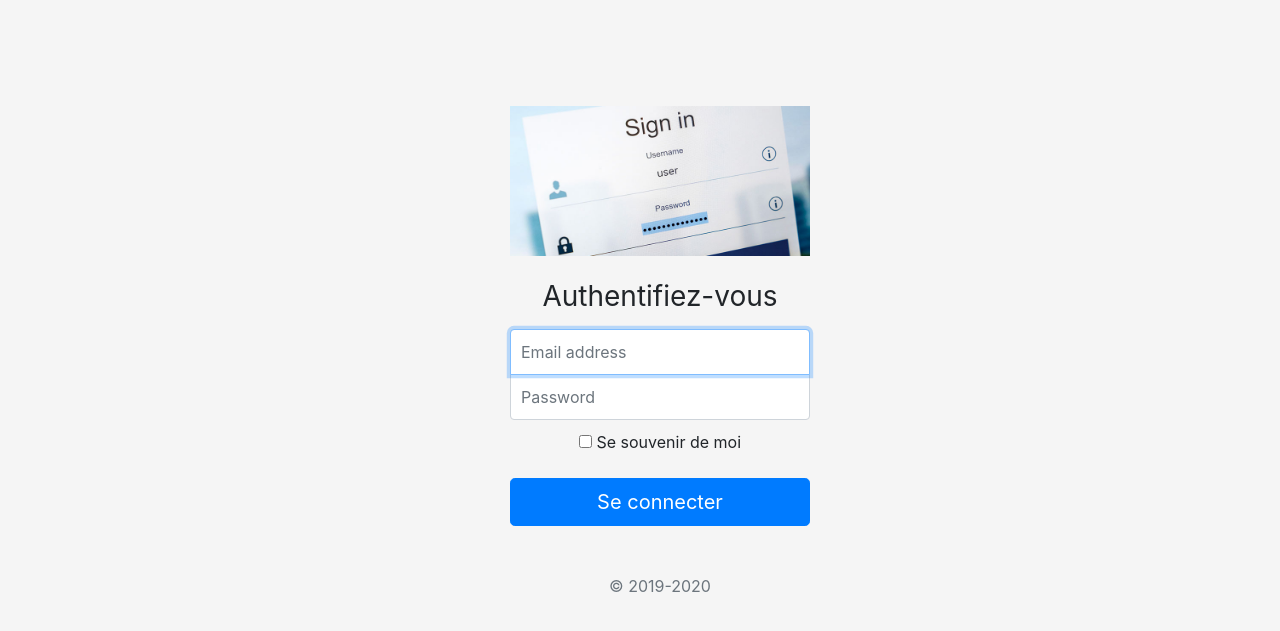
Repository: liiiseee/Projet
Page: http://localhost/01_gestion_clients_jsp_servlet_mysql/
The author's editor kept a copy of each file at every save. The page is drawn from the files as they stood at one save, then again after the next save.
The browser window is 1280 px wide. The pictures show the whole page.
The page is served by Tomcat 9.

Above is the page before, as saved 2020-03-27 09:57:37.

After the next save:
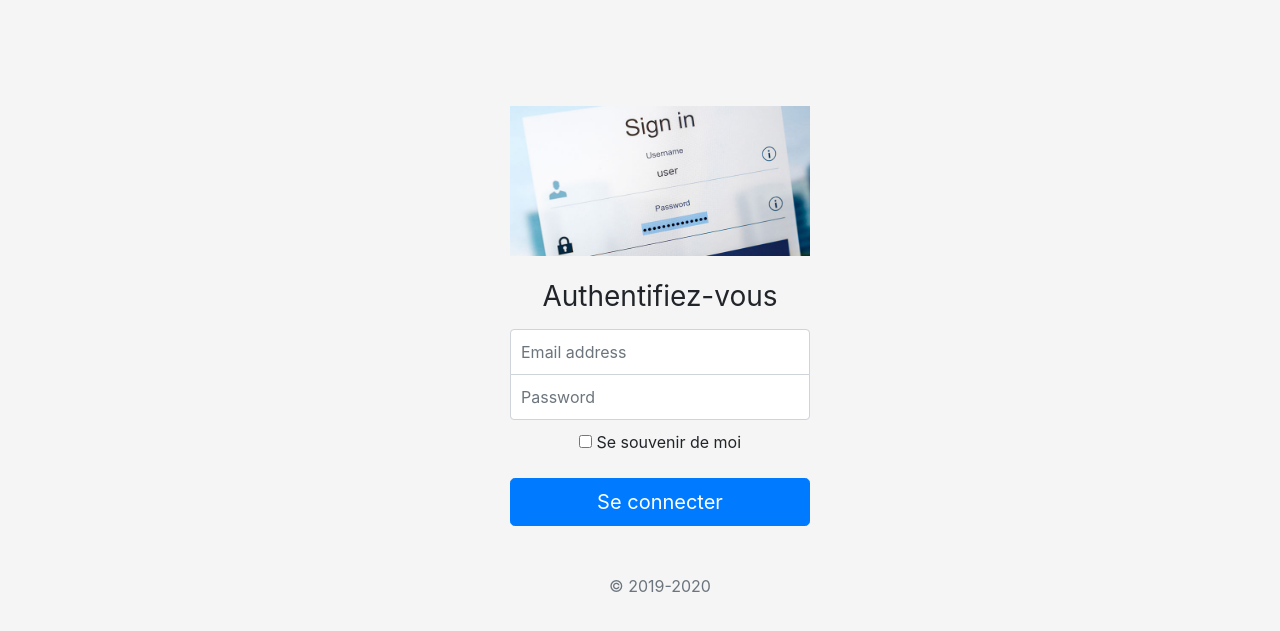
Saved 28 min 51 s later.
--- a/01_gestion_clients_jsp_servlet_mysql/WebContent/authentification.jsp
+++ b/01_gestion_clients_jsp_servlet_mysql/WebContent/authentification.jsp
@@ -83,11 +83,11 @@
 
   <!--  champ texte pour le mail -->
   <label for="inputEmail" class="sr-only">Email address</label>
-  <input type="email" name="p-user" id="inputEmail" class="form-control" placeholder="Email address" required autofocus>
+  <input type="email" name="p-user" id="inputEmail" class="form-control" placeholder="Email address" >
 
   <!--  champ texte pour le mdp -->
   <label for="inputPassword" class="sr-only">Password</label>
-  <input type="password" name="p-mdp" id="inputPassword" class="form-control" placeholder="Password" required>
+  <input type="password" name="p-mdp" id="inputPassword" class="form-control" placeholder="Password" >
 
   <div class="checkbox mb-3">
     <label>
